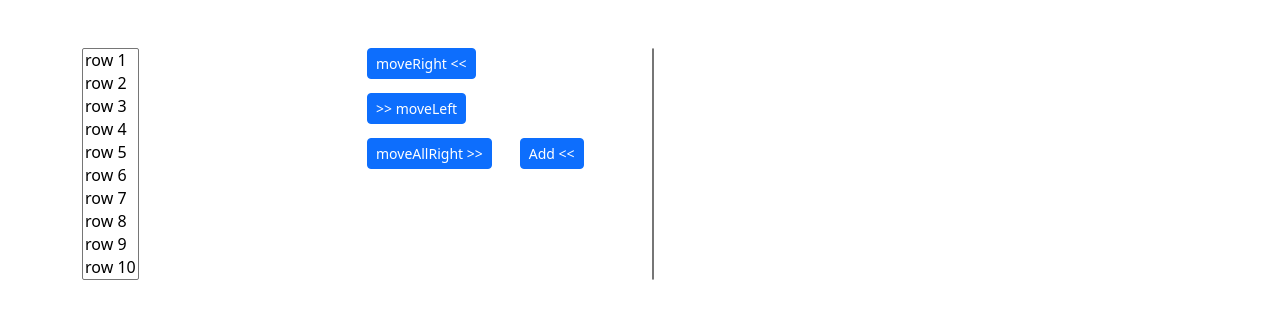
Repository: ishanbassi/iotasol-assignments
Page: /iotasol/work-10
The author's editor kept a copy of each file at every save. The page is drawn from the files as they stood at one save, then again after the next save.
The browser window is 1280 px wide. The pictures show the whole page.
The project was rebuilt for these pictures with package versions that can differ from the ones it lists, and the page was loaded fresh each time. Some packages were replaced by stand-ins written for this rebuild. The framework's server and built-in components were replaced by stand-ins that run in the browser.

Above is the page before, as saved 2022-11-11 16:58:39.

After the next save:
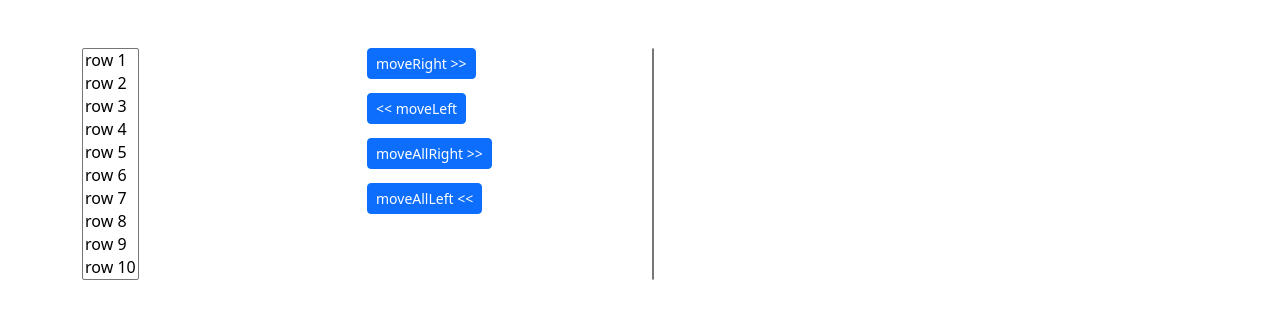
Saved 61 s later.
--- a/pages/iotasol/work-10.tsx
+++ b/pages/iotasol/work-10.tsx
@@ -31,10 +31,10 @@ export default function App() {
                     </select>
                 </Col>
                 <Col md="3">
-                        <Button size="sm" onClick={moveRight} className="btn-10">moveRight &lt;&lt;</Button>
-                        <Button size="sm" onClick={moveLeft} className="btn-10">&gt;&gt; moveLeft</Button>
+                        <Button size="sm" onClick={moveRight} className="btn-10">moveRight &gt;&gt;</Button>
+                        <Button size="sm" onClick={moveLeft} className="btn-10">&lt;&lt; moveLeft</Button>
                         <Button size="sm" onClick={moveAllRight} className="btn-10">moveAllRight &gt;&gt;</Button>
-                        <Button size="sm" onClick={moveAllLeft} className="btn-10">Add &lt;&lt;</Button>
+                        <Button size="sm" onClick={moveAllLeft} className="btn-10">moveAllLeft &lt;&lt;</Button>
                 </Col>
                 <Col md="3">
 
